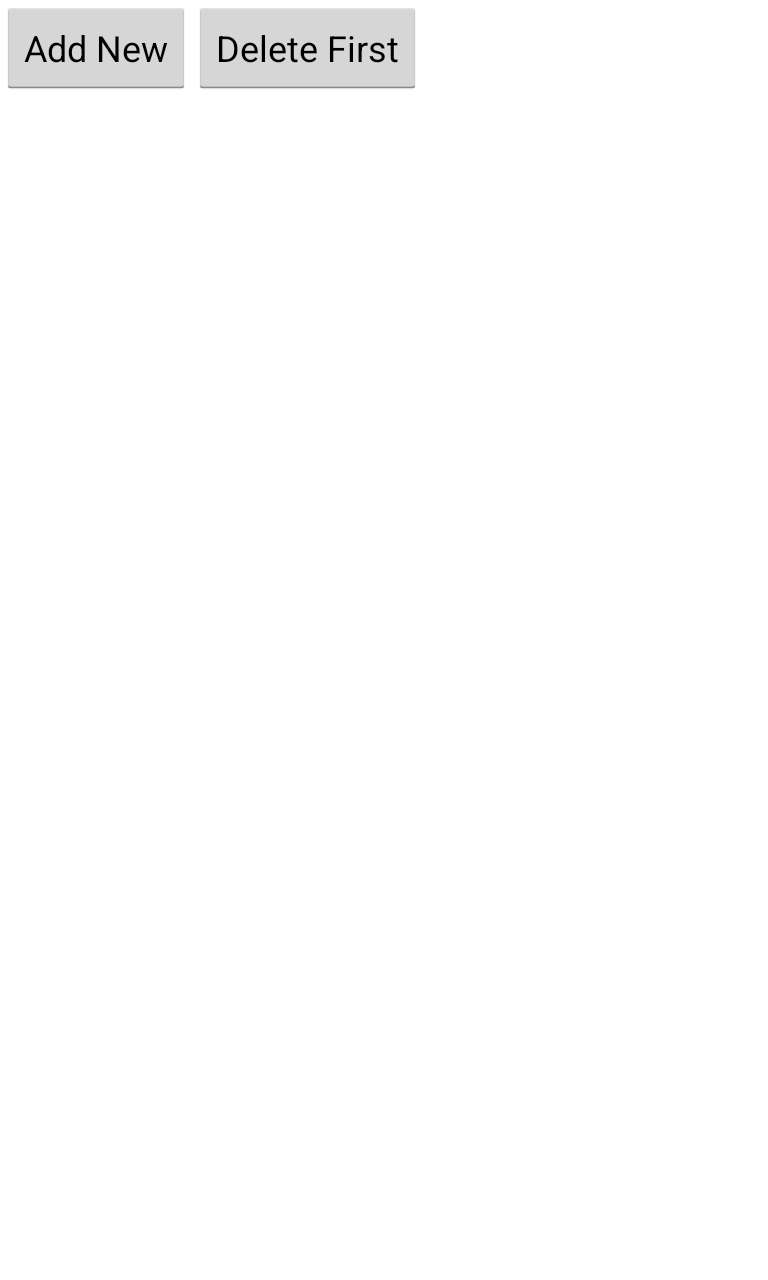
Repository: KapSteR/Hand_in3
Layout: Hand_in5/res/layout/activity_main.xml
The author's editor kept a copy of each file at every save. The layout is drawn from the files as they stood at one save, then again after a run of saves.
It is drawn on a 768 x 1280 px phone screen (xhdpi) without system bars, with theme AppTheme; the app's code is not run. Lists and similar views that code fills are empty.

Above is the layout before, as saved 2013-05-20 10:08:57.

After the next 2 saves:
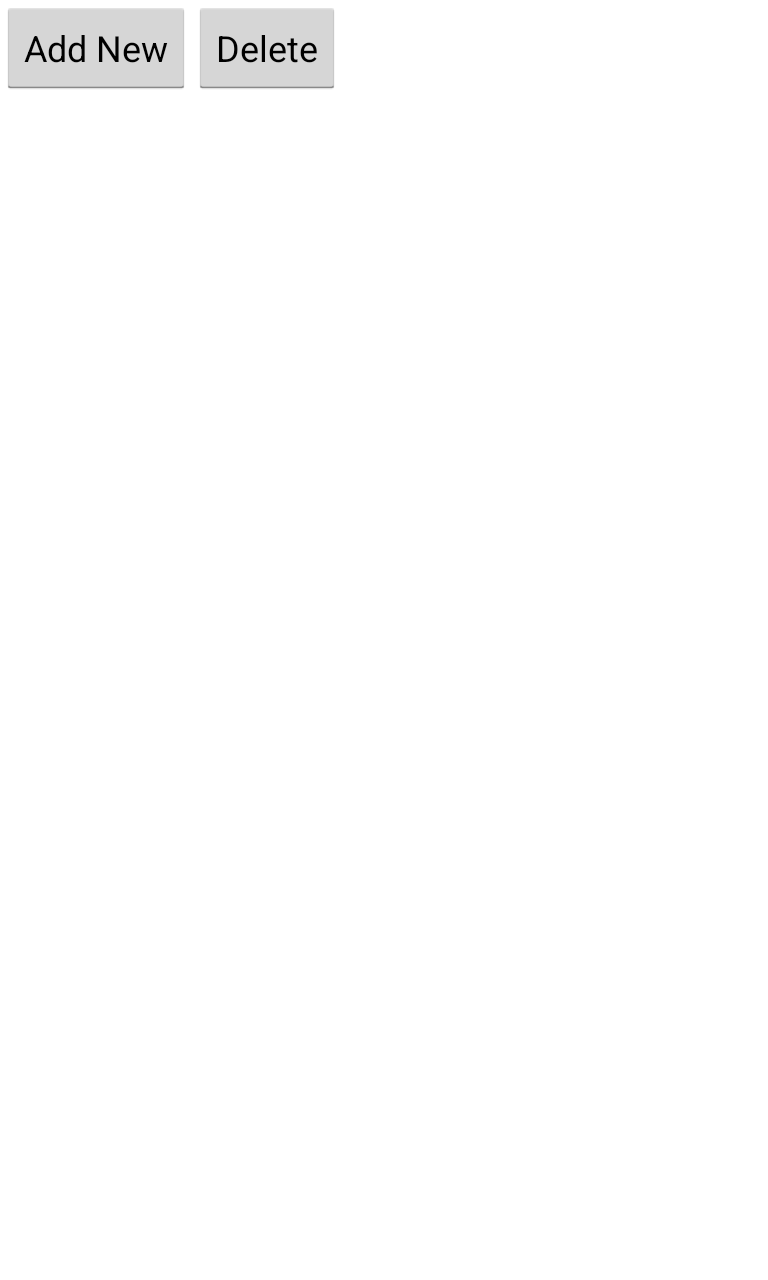
The 2 saves are shown as one change because 1 did not build or start.
The last was saved 36 s later.
--- a/Hand_in5/res/layout/activity_main.xml
+++ b/Hand_in5/res/layout/activity_main.xml
@@ -13,14 +13,14 @@
             android:id="@+id/add"
             android:layout_width="wrap_content"
             android:layout_height="wrap_content"
-            android:text="@string/add_new"
+            android:text="@string/add"
             android:onClick="onClick"/>
 
         <Button
             android:id="@+id/delete"
             android:layout_width="wrap_content"
             android:layout_height="wrap_content"
-            android:text="@string/delete_first"
+            android:text="@string/delete"
             android:onClick="onClick"/>
 
     </LinearLayout>
--- a/Hand_in5/res/values/strings.xml
+++ b/Hand_in5/res/values/strings.xml
@@ -4,7 +4,7 @@
     <string name="app_name">Hand_in5</string>
     <string name="action_settings">Settings</string>
     <string name="hello">Hello!</string>
-    <string name="add_new">Add New</string>
-    <string name="delete_first">Delete First</string>
+    <string name="add">Add New</string>
+    <string name="delete">Delete</string>
 
 </resources>
